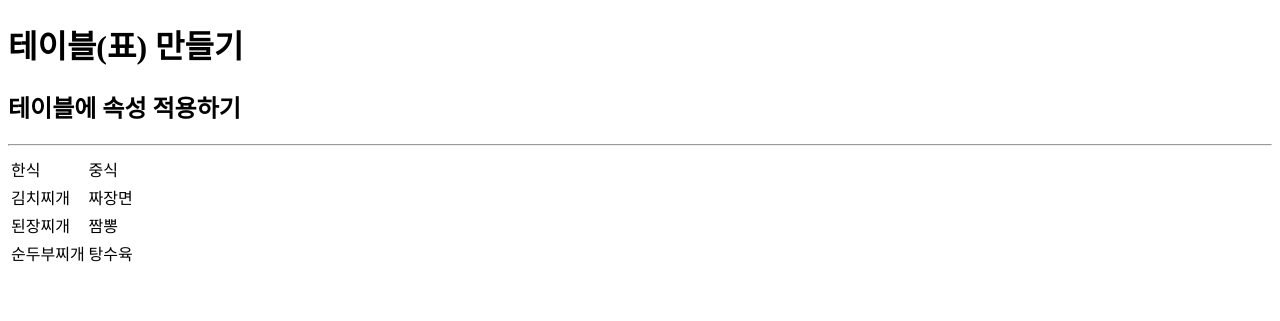
Repository: jp0301/WebStudy
Page: WebApp01/WebContent/Test011.html
These files come from the project's save history. The page is drawn as it stood at one moment and after the next save; the edit follows.
The browser window is 1280 px wide. The pictures show the whole page.

Above is the page before, as saved 2022-09-27 02:14:53.

### WebApp01/WebContent/Test011.html
<!DOCTYPE html>
<html>
<head>
<meta charset="UTF-8">
<title>Test011.html</title>
</head>

<body>

	<div>
		<h1>테이블(표) 만들기</h1>
		<h2>테이블에 속성 적용하기</h2>
		<hr>
	</div>

	<div>
		<table>
			<tr>
				<td>한식</td>
				<td>중식</td>
			</tr>
			<tr>
				<td>김치찌개</td>
				<td>짜장면</td>
			</tr>
			<tr>
				<td>된장찌개</td>
				<td>짬뽕</td>
			</tr>
			<tr>
				<td>순두부찌개</td>
				<td>탕수육</td>
			</tr>
		</table>
	</div>

</body>

</html>

After the next save:
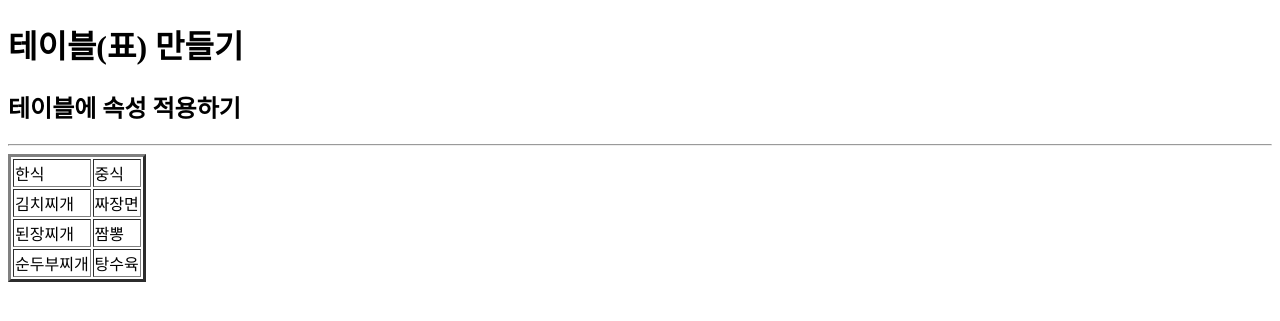
Saved 80 s later.
--- a/WebApp01/WebContent/Test011.html
+++ b/WebApp01/WebContent/Test011.html
@@ -14,7 +14,7 @@
 	</div>
 
 	<div>
-		<table>
+		<table border="3">
 			<tr>
 				<td>한식</td>
 				<td>중식</td>
